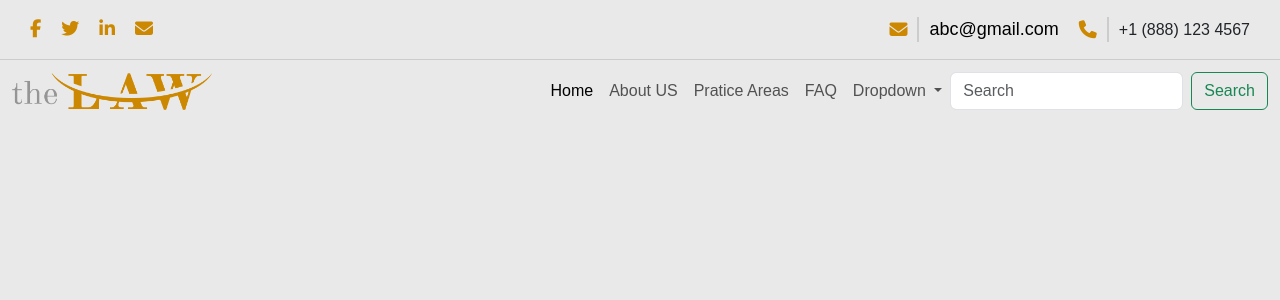
Repository: arehmanraza/lawyer_website
Page: Pages/index.html
An editor plug-in stored every save of this project. The page is shown before and after the next save, followed by the edit.
The browser window is 1280 px wide. The pictures show the whole page.
Some web libraries are served in a nearby version.

Above is the page before, as saved 2024-05-22 01:44:08.

### Pages/index.html
<!DOCTYPE html>
<html lang="en">
  <head>
    <meta charset="utf-8" />
    <meta name="viewport" content="width=device-width, initial-scale=1" />
    <title>The Lawyer</title>
    <link
      rel="stylesheet"
      href="https://pro.fontawesome.com/releases/v5.10.0/css/all.css"
      integrity="sha384-AYmEC3Yw5cVb3ZcuHtOA93w35dYTsvhLPVnYs9eStHfGJvOvKxVfELGroGkvsg+p"
      crossorigin="anonymous"
    />
    <link rel="stylesheet" href="/Styling/style.css" />
    <link
      rel="stylesheet"
      href="https://cdnjs.cloudflare.com/ajax/libs/font-awesome/6.5.2/css/all.min.css"
      integrity="sha512-SnH5WK+bZxgPHs44uWIX+LLJAJ9/2PkPKZ5QiAj6Ta86w+fsb2TkcmfRyVX3pBnMFcV7oQPJkl9QevSCWr3W6A=="
      crossorigin="anonymous"
      referrerpolicy="no-referrer"
    />
    <link
      href="https://cdn.jsdelivr.net/npm/bootstrap@5.3.3/dist/css/bootstrap.min.css"
      rel="stylesheet"
      integrity="sha384-QWTKZyjpPEjISv5WaRU9OFeRpok6YctnYmDr5pNlyT2bRjXh0JMhjY6hW+ALEwIH"
      crossorigin="anonymous"
    />
  </head>
  <body>
    <div class="main-container">


      <!-- ---------------head_top_container start ------------------  -->




      <div class="head_top">
        <div class="head_top_left">
          <ul>
            <li>
              <i class="icon2 fa-brands fa-facebook-f"></i>
            </li>
            <li>
              <i class="icon2 fa-brands fa-twitter"></i>
            </li>
            <li>
              <i class="icon2 fa-brands fa-linkedin-in"></i>
            </li>
            <li>
              <i class="icon2 fa-solid fa-envelope"></i>
            </li>
          </ul>
        </div>
        <div class="head_top_right">
          <ul>
            <li>
              <i class="icon2 fa-solid fa-envelope"></i>
              <p class="border1"></p>
              <span><a class="phoneno" href = "mailto: a.rehman78766@gmail.com">abc@gmail.com</a></span>
            </li>
            <li>
              <i class="icon2 fa-solid fa-phone"></i>
              <p class="border1"></p>
              <span>+1 (888) 123 4567</span>
            </li>

          </ul>
        </div>
      </div>
      <!-- ---------------head_top_container end ------------------  -->






      <!-- ---------------Navbar_container start ------------------  -->


      <nav class="navbar navbar-expand-lg ">
        <div class="container-fluid">
          <a class="navbar-brand" href="#"><img src="/Images/logo.png"  width="200px"></a>
          <button class="navbar-toggler" type="button" data-bs-toggle="collapse" data-bs-target="#navbarSupportedContent" aria-controls="navbarSupportedContent" aria-expanded="false" aria-label="Toggle navigation">
            <span class="navbar-toggler-icon"></span>
          </button>
          <div class="collapse navbar-collapse" id="navbarSupportedContent">
            <ul class="navbar-nav ms-auto mb-2 mb-lg-0">
              <li class="nav-item">
                <a class="nav-link active" aria-current="page" href="#">Home</a>
              </li>
              <li class="nav-item">
                <a class="nav-link" href="#">About US</a>
              </li>
              <li class="nav-item">
                <a class="nav-link" href="#">Pratice Areas</a>
              </li>
              <li class="nav-item">
                <a class="nav-link" href="#">FAQ</a>
              </li>
              <li class="nav-item dropdown">
                <a class="nav-link dropdown-toggle" href="#" role="button" data-bs-toggle="dropdown" aria-expanded="false">
                  Dropdown
                </a>
                <ul class="dropdown-menu">
                  <li><a class="dropdown-item" href="#">Action</a></li>
                  <li><a class="dropdown-item" href="#">Another action</a></li>
                  <li><hr class="dropdown-divider"></li>
                  <li><a class="dropdown-item" href="#">Something else here</a></li>
                </ul>
              </li>

            </ul>
            <form class="d-flex" role="search">
              <input class="form-control me-2" type="search" placeholder="Search" aria-label="Search">
              <button class="btn btn-outline-success" type="submit">Search</button>
            </form>
          </div>
        </div>
      </nav>





      <!-- ---------------Navbar_container end ------------------  -->





    </div>
    <script
      src="https://cdn.jsdelivr.net/npm/bootstrap@5.3.3/dist/js/bootstrap.bundle.min.js"
      integrity="sha384-YvpcrYf0tY3lHB60NNkmXc5s9fDVZLESaAA55NDzOxhy9GkcIdslK1eN7N6jIeHz"
      crossorigin="anonymous"
    ></script>
  </body>
</html>

### Styling/style.css
*{
    margin: 0;
    padding: 0;
    box-sizing: border-box;
    font-family: Arial, Helvetica, sans-serif, "Montserrat";
}
.main-container{
    background-color: #e9e9e9;
    width: 100%;
    height: 100vh;
    padding: 0px;
}

.head_top {
    width: 100%;
    height: 60px;
    display: flex;
    justify-content: space-between;
    align-items: center; /* Center items vertically */
    border-bottom: 1px solid #ccc;
    padding: 0px 20px;
}

.head_top_left {
    width: 50%;
    display: flex; /* Ensure the left container is also using flexbox */
    align-items: center; /* Center items vertically */
}
.head_top_left ul {
    display: flex;
    list-style: none;
    padding: 0;
    margin: 0;
}
.head_top_left ul li{
    padding: 0px 10px;
}
.head_top_right{
    display: flex;
    align-items: center;
    width: 50%;
}
.head_top_right ul{
    display: flex;
    list-style: none;
    padding: 0;
    margin: 0px 0px 0px auto;

}
.head_top_right ul li{
    padding: 0px 10px;
    display: flex;
    align-items: center;
}
.border1{
    border-left: 2px solid #ccc;

    height: 25px;
    margin: 0px 10px;
}
.icon2{
    color:  #cc8800;
  font-size: large;
}
.phoneno{
    color: black;
    font-size: 18px;
    font-weight: 500;
    text-decoration: none
}

After the next save:
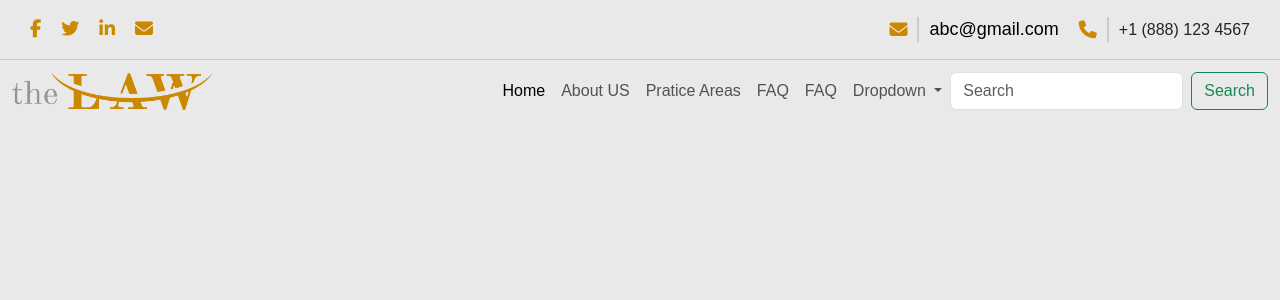
Saved 5 s later.
--- a/Pages/index.html
+++ b/Pages/index.html
@@ -97,6 +97,9 @@
               <li class="nav-item">
                 <a class="nav-link" href="#">FAQ</a>
               </li>
+              <li class="nav-item">
+                <a class="nav-link" href="#">FAQ</a>
+              </li>
               <li class="nav-item dropdown">
                 <a class="nav-link dropdown-toggle" href="#" role="button" data-bs-toggle="dropdown" aria-expanded="false">
                   Dropdown

After the save that followed:
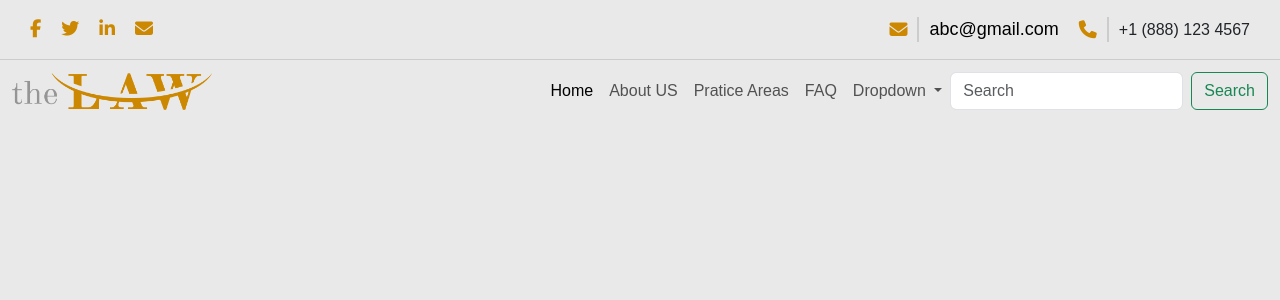
Saved 5 s later.
--- a/Pages/index.html
+++ b/Pages/index.html
@@ -97,9 +97,7 @@
               <li class="nav-item">
                 <a class="nav-link" href="#">FAQ</a>
               </li>
-              <li class="nav-item">
-                <a class="nav-link" href="#">FAQ</a>
-              </li>
+
               <li class="nav-item dropdown">
                 <a class="nav-link dropdown-toggle" href="#" role="button" data-bs-toggle="dropdown" aria-expanded="false">
                   Dropdown
